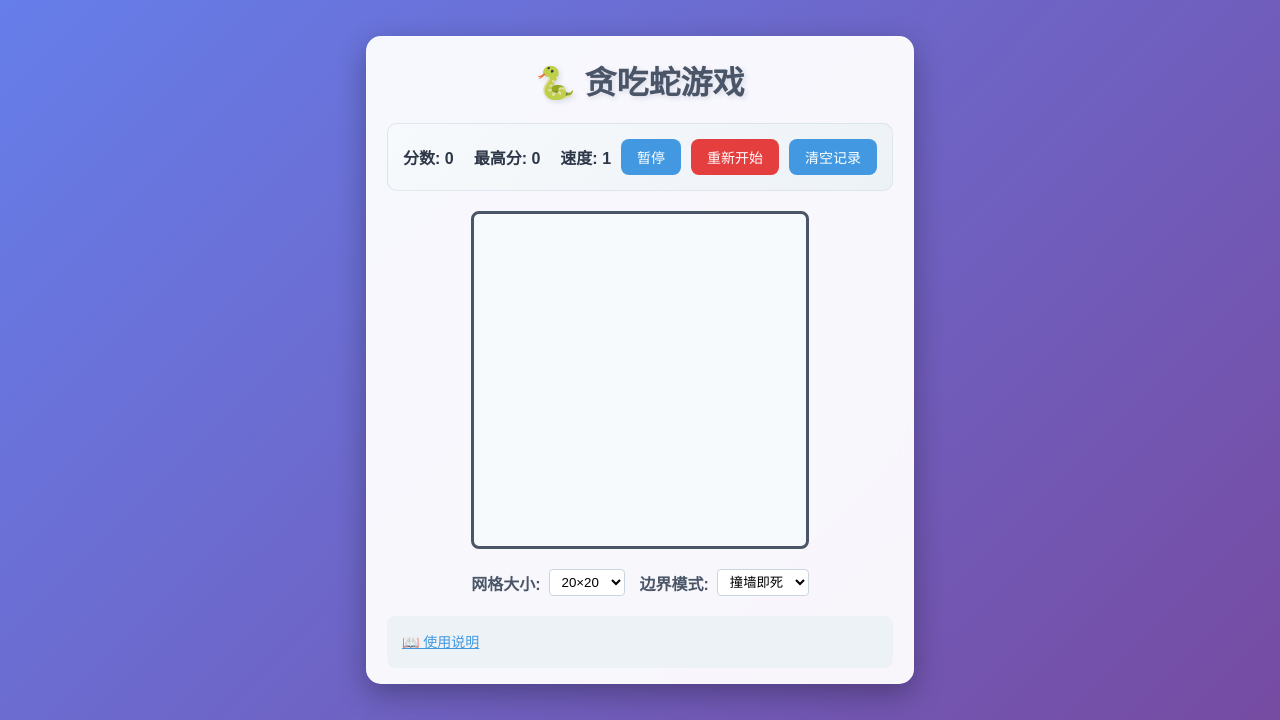
Repository: dawnhe8-ui/snakegame2
Page: index.html
These files come from the project's save history. The page is drawn as it stood at one moment and after the next save; the edit follows.
The browser window is 1280 px wide. The pictures show the whole page.

Above is the page before, as saved 2025-09-04 22:27:10.

After the next save:
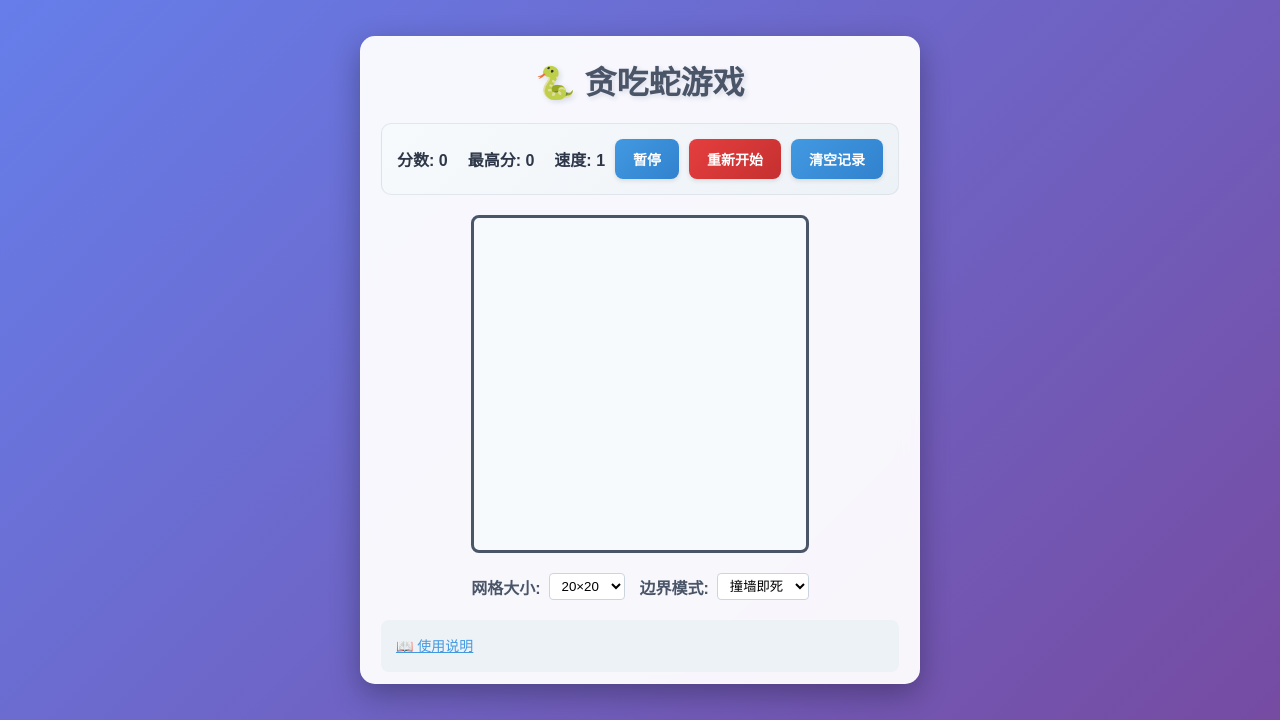
Saved 17 s later.
--- a/index.html
+++ b/index.html
@@ -124,32 +124,64 @@
             100% { background: rgba(66, 153, 225, 0.1); transform: scale(1); }
         }
 
+        /* 按钮基础样式 */
         .btn {
-            padding: 8px 16px;
+            padding: 10px 18px;
             border: none;
             border-radius: 8px;
-            background: #4299e1;
+            background: linear-gradient(135deg, #4299e1 0%, #3182ce 100%);
             color: white;
             cursor: pointer;
             font-size: 14px;
-            transition: all 0.2s;
+            font-weight: 600;
+            transition: all 0.3s ease;
+            box-shadow: 0 2px 4px rgba(0, 0, 0, 0.1);
+            position: relative;
+            overflow: hidden;
+        }
+
+        .btn::before {
+            content: '';
+            position: absolute;
+            top: 0;
+            left: -100%;
+            width: 100%;
+            height: 100%;
+            background: linear-gradient(90deg, transparent, rgba(255, 255, 255, 0.2), transparent);
+            transition: left 0.5s;
+        }
+
+        .btn:hover::before {
+            left: 100%;
         }
 
         .btn:hover {
-            background: #3182ce;
-            transform: translateY(-1px);
+            background: linear-gradient(135deg, #3182ce 0%, #2c5aa0 100%);
+            transform: translateY(-2px);
+            box-shadow: 0 4px 8px rgba(0, 0, 0, 0.2);
         }
 
         .btn:active {
             transform: translateY(0);
-        }
-
+            box-shadow: 0 2px 4px rgba(0, 0, 0, 0.1);
+        }
+
+        /* 危险按钮样式 */
         .btn.danger {
-            background: #e53e3e;
+            background: linear-gradient(135deg, #e53e3e 0%, #c53030 100%);
         }
 
         .btn.danger:hover {
-            background: #c53030;
+            background: linear-gradient(135deg, #c53030 0%, #9c2626 100%);
+        }
+
+        /* 成功按钮样式 */
+        .btn.success {
+            background: linear-gradient(135deg, #48bb78 0%, #38a169 100%);
+        }
+
+        .btn.success:hover {
+            background: linear-gradient(135deg, #38a169 0%, #2f855a 100%);
         }
 
         .canvas-container {
